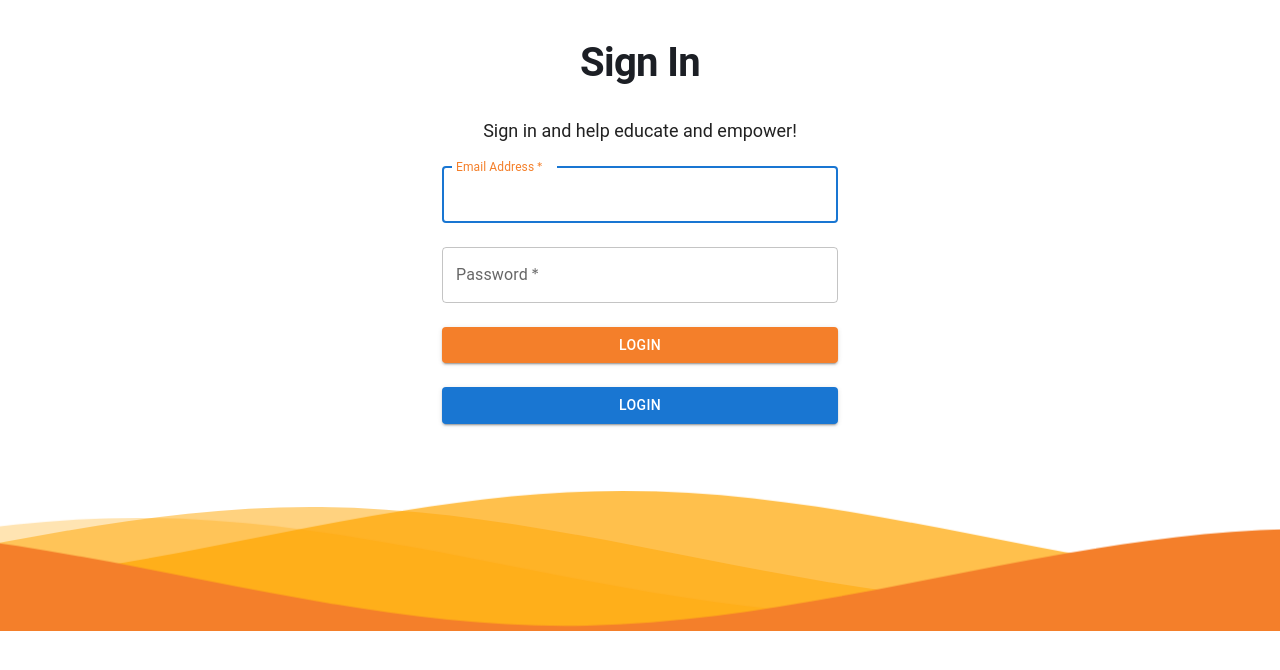
Repository: shubhampirate/Google_Solutions_Edural
Page: /
These files come from the project's save history. The page is drawn as it stood at one moment and after the next save; the edit follows.
The browser window is 1280 px wide. The pictures show the whole page.
Pictures or frames that could not be fetched are drawn as grey boxes. The project was rebuilt for these pictures with package versions that can differ from the ones it lists, and the page was loaded fresh each time. Some packages were replaced by stand-ins written for this rebuild. Also part of the build but not shown: src/Components/CustomButton.jsx, src/Components/Navbar.jsx, src/Components/Footer.jsx, src/Components/CongratsCard.jsx, src/pages/Hero/Hero.jsx.

Above is the page before, as saved 2024-02-02 23:32:34.

After the next save:
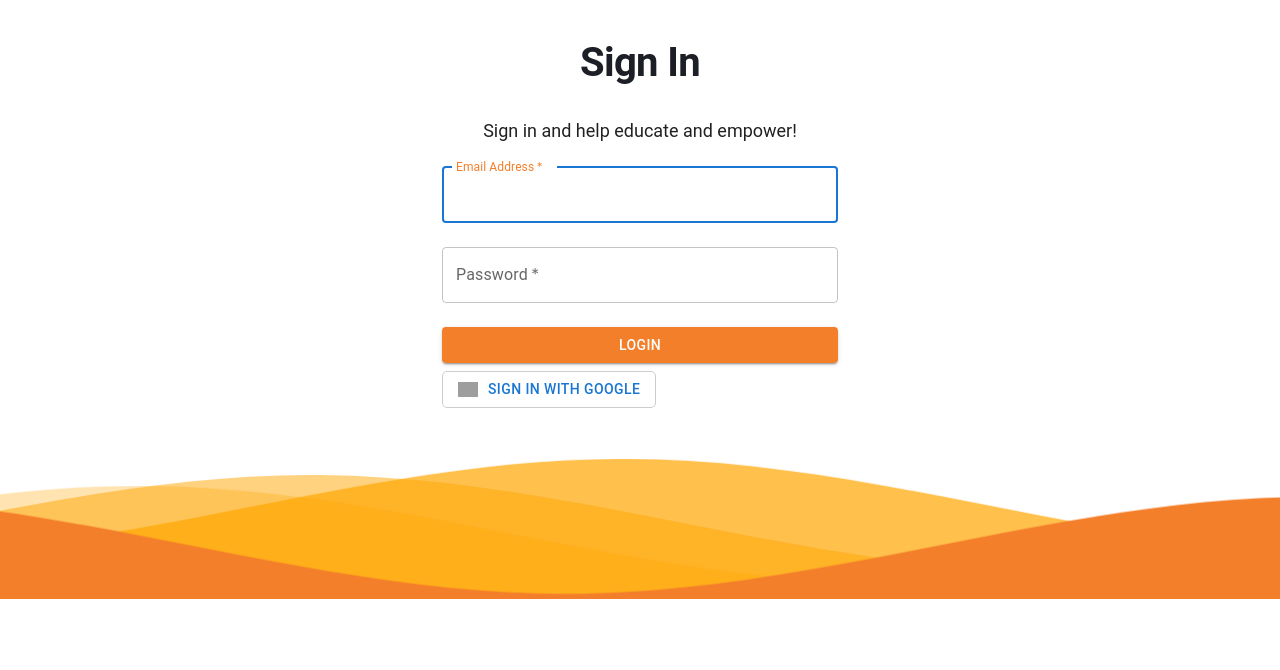
Saved 2 min 35 s later.
--- a/src/pages/Sign_in.jsx
+++ b/src/pages/Sign_in.jsx
@@ -248,18 +248,17 @@ export default function SignIn() {
             Login
           </Button>
           <Button
-            type="submit"
-            fullWidth
-            variant="contained"
-
-            sx={{
-              mt: 2,
-              mb: 2,
-
-            }}
-          >
-            Login
-          </Button>
+    //   onClick={handleGoogleSignIn}
+      variant="outlined"
+      style={{ backgroundColor: '#fff', border: '1px solid #ccc', borderRadius: '5px', cursor: 'pointer' }}
+    >
+      <img
+        src="https://upload.wikimedia.org/wikipedia/commons/5/53/Google_%22G%22_Logo.svg"
+        alt="Google Icon"
+        style={{ width: '20px', marginRight: '10px' }}
+      />
+      Sign In with Google
+    </Button>
           {/* <Grid container>
             <Grid item xs>
               <Link href="#" variant="body2">
